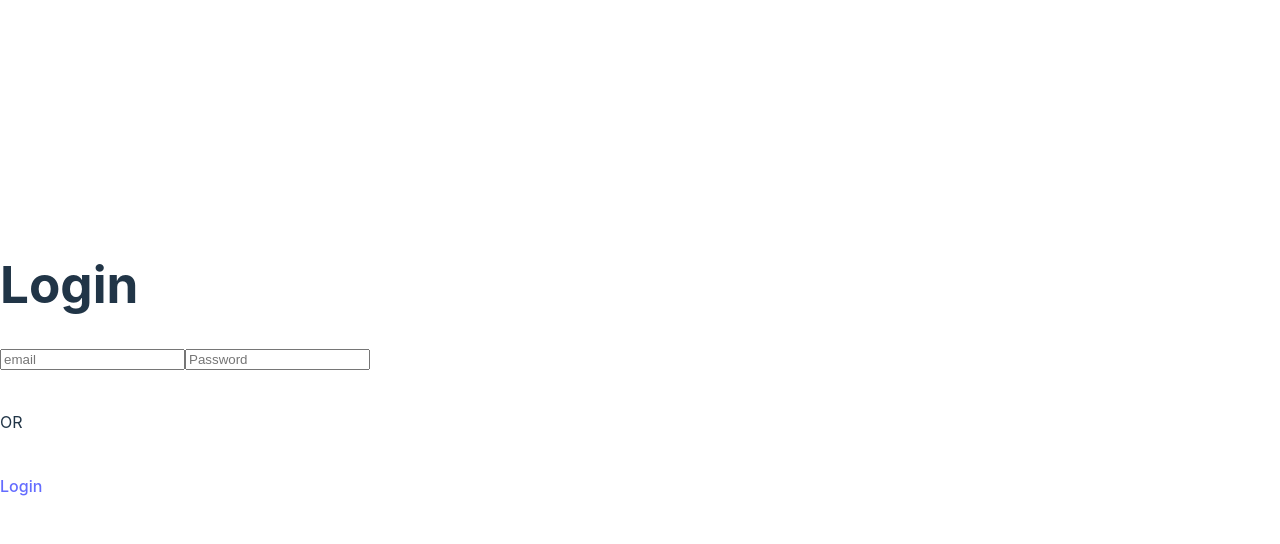
Repository: cynthiamoraa/Login
Page: /signup
These files come from the project's save history. The page is drawn as it stood at one moment and after the next save; the edit follows.
The browser window is 1280 px wide. The pictures show the whole page.
The project was rebuilt for these pictures with package versions that can differ from the ones it lists, and the page was loaded fresh each time. Also part of the build but not shown: vite.config.js, src/components/Login.jsx, src/components/Home.js.

Above is the page before, as saved 2023-05-10 22:42:05.

### src/App.jsx
import {BrowserRouter as Router, Routes, Route} from 'react-router-dom'
import Login from './components/Login'
import Signup from './components/Signup'
import Home from './components/Home'

const App = () => {
  return (
    <div className='App'>
      <Router>
        <Routes>
          <Route path='/' element={<Login />} />
          <Route path='/signup' element={<Signup />} />
          <Route path='/home' element={<Home />} />
        </Routes>
      </Router>
    </div>
  )
}

export default App

### src/components/Signup.jsx
import { useState } from "react";
import axio from "axios";
import { useNavigate, Link } from "react-router-dom";

const Signup = () => {
  const [email, setEmail] = useState("");
  const [password, setPassword] = useState("");
  const navigate = useNavigate();
  async function submit(e) {
    e.preventDefault();
    try {
      await axio.post("http://localhost:5000/Signup", {
        email,
        password,
      })
      .then((res) => {
        if (res.data.message === "User exists") {
          alert("User exists");
        } else {
          navigate("/home", { state: { id: email } });
        }
      })
      .catch((e) => {
        alert("Error in logging in");
        console.log(e);
      });
    }
    catch (e) {
      console.log(e);
    }
  }

  return (
    <div className="login">
      <h1>Login</h1>
      <form>
        <input
          type="email"
          onChange={(e) => {
            setEmail(e.target.value);
          }}
          placeholder="email"
        />
        <input
          type="password"
          onChange={(e) => {
            setPassword(e.target.value);
          }}
          placeholder="Password"
        />

      </form>
      <br />
      <p>OR</p>
      <br />
      <Link to="/">Login</Link>
    </div>
  );
};

export default Signup;

Loaded but not shown: index.html (common file); src/main.jsx (common file); src/index.css (common file)

After the next save:
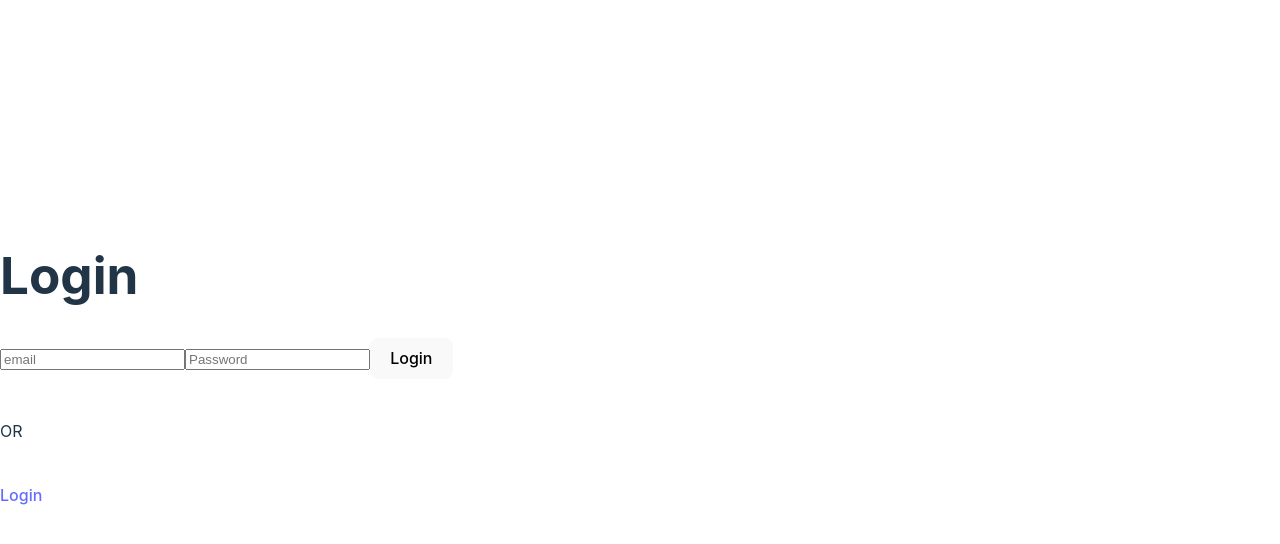
Saved 19 s later.
--- a/src/components/Signup.jsx
+++ b/src/components/Signup.jsx
@@ -48,7 +48,9 @@ const Signup = () => {
           }}
           placeholder="Password"
         />
-
+        <button type="submit" onClick={submit}>
+          Login
+        </button>
       </form>
       <br />
       <p>OR</p>
